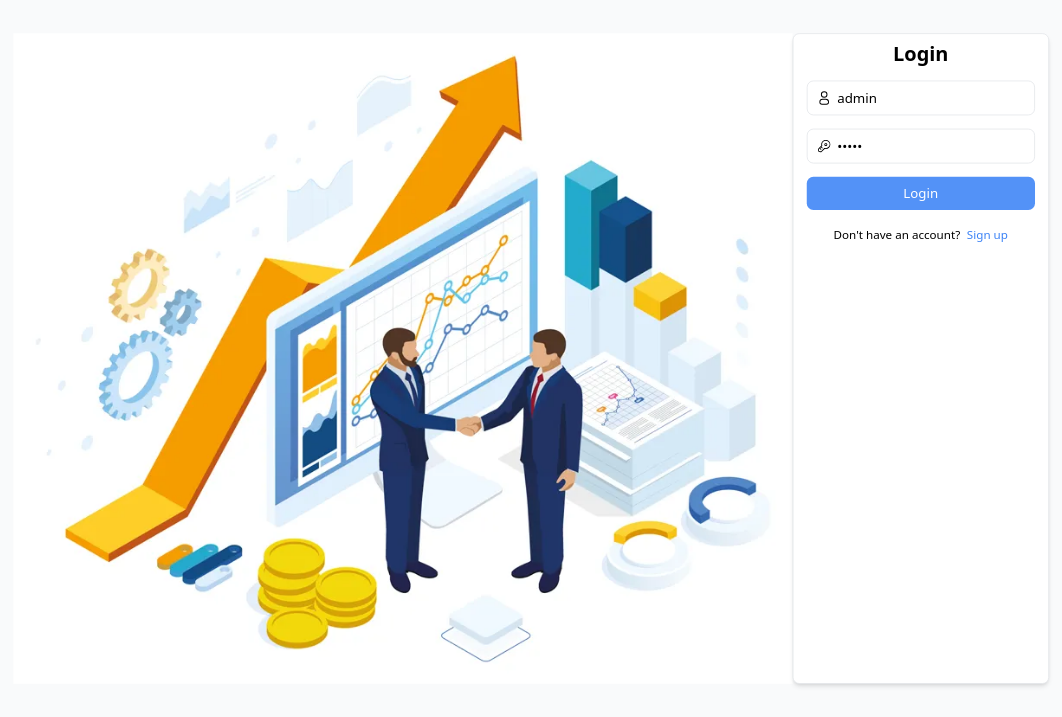
Repository: Fortivera/yourestate
Page: /
These files come from the project's save history. The page is drawn as it stood at one moment and after the next save; the edit follows.
The browser window is 1280 px wide. The pictures show the whole page, at 83% of full size.
The project was rebuilt for these pictures with package versions that can differ from the ones it lists, and the page was loaded fresh each time. The framework's server and built-in components were replaced by stand-ins that run in the browser. Also part of the build but not shown: next.config.js.

Above is the page before, as saved 2023-11-02 14:23:33.

After the next save:
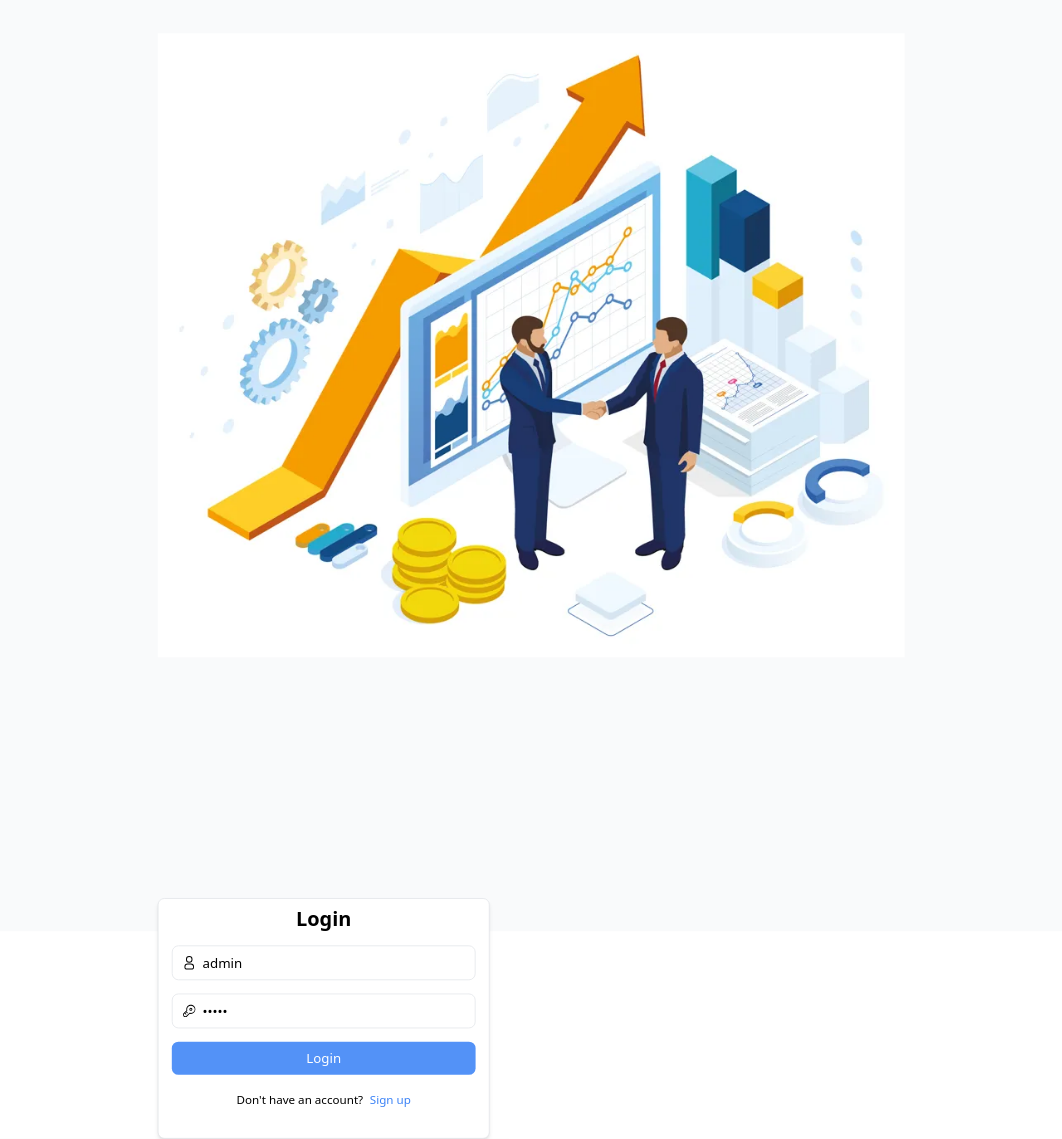
Saved 5 min 3 s later.
--- a/src/app/page.tsx
+++ b/src/app/page.tsx
@@ -7,7 +7,7 @@
   return (
     <div className="min-h-screen bg-gray-50 flex items-center justify-center">
       <div className="flex justify-center w-full px-4 py-10 tablet:w-[540px] laptop:w-full">
-        <div className="flex laptop:flex-row tablet:flex-col mobile:flex-col">
+        <div className="laptop:flex-row tablet:flex-col mobile:flex-col">
           <figure className="h-full w-full  ">
             <Image src="/static/growth.jpg" alt="login page picture" layout="responsive" width={500} height={700} className={""} />
           </figure>

After the 2 saves that followed:
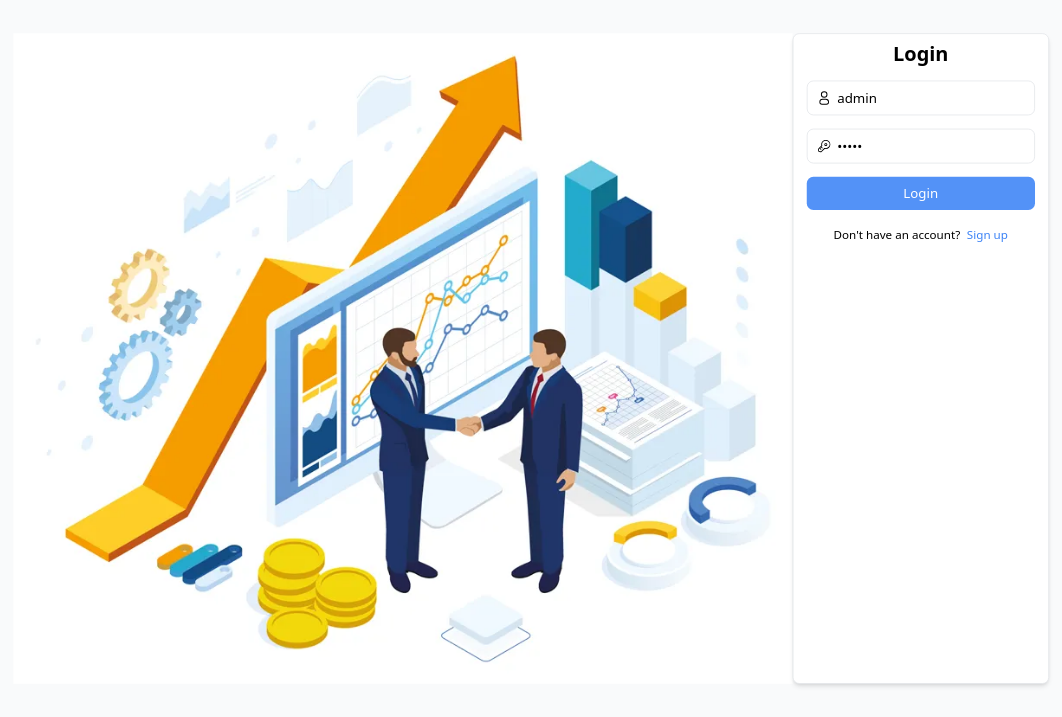
The 2 saves are shown as one change because 1 left the picture as it was.
The last was saved 17 s later.
--- a/src/app/page.tsx
+++ b/src/app/page.tsx
@@ -7,7 +7,7 @@
   return (
     <div className="min-h-screen bg-gray-50 flex items-center justify-center">
       <div className="flex justify-center w-full px-4 py-10 tablet:w-[540px] laptop:w-full">
-        <div className="laptop:flex-row tablet:flex-col mobile:flex-col">
+        <div className="flex laptop:flex-row tablet:flex-col mobile:flex-col">
           <figure className="h-full w-full  ">
             <Image src="/static/growth.jpg" alt="login page picture" layout="responsive" width={500} height={700} className={""} />
           </figure>
